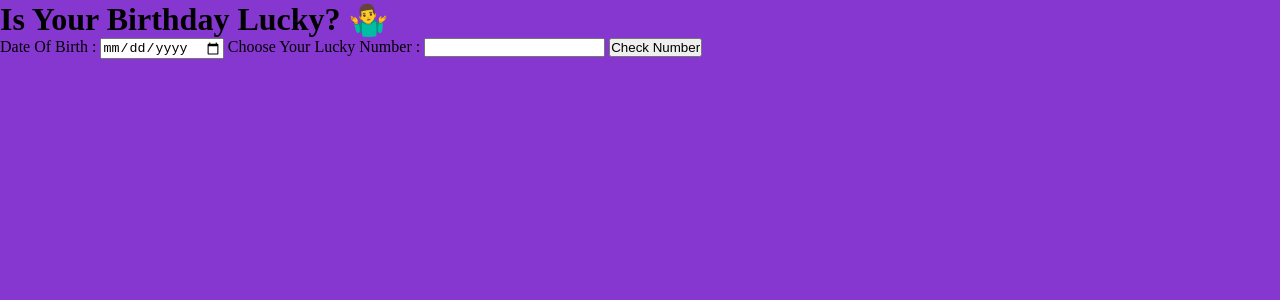
Repository: patelamancode/Lucky-Birthday-App
Page: index.html
The author's editor kept a copy of each file at every save. The page is drawn from the files as they stood at one save, then again after the next save.
The browser window is 1280 px wide. The pictures show the whole page.

Above is the page before, as saved 2022-11-21 16:39:30.

### index.html
<!DOCTYPE html>
<html lang="en">
<head>
    <meta charset="UTF-8">
    <meta http-equiv="X-UA-Compatible" content="IE=edge">
    <meta name="viewport" content="width=device-width, initial-scale=1.0">
    <link rel="stylesheet" href="index.css">
    <title>Is your birthday lucky</title>
</head>
<body>
    <div id="main-container">
        <h1 class="app-title">Is Your Birthday Lucky? 🤷‍♂️</h1>
        <label for="date-of-birth" class="dob">Date Of Birth :</label>
        <input type="date" class="selected-dob">
        <label for="lucky-number" class="favourite-number">Choose Your Lucky Number :</label>
        <input type="number" class="user-number">
        <button id="check-btn">Check Number</button>
    </div>

</body>
</html>

### index.css
*{
    margin: 0;
    padding: 0;
}
 body{
    background-color: rgb(134, 55, 207);
 }

After the next save:
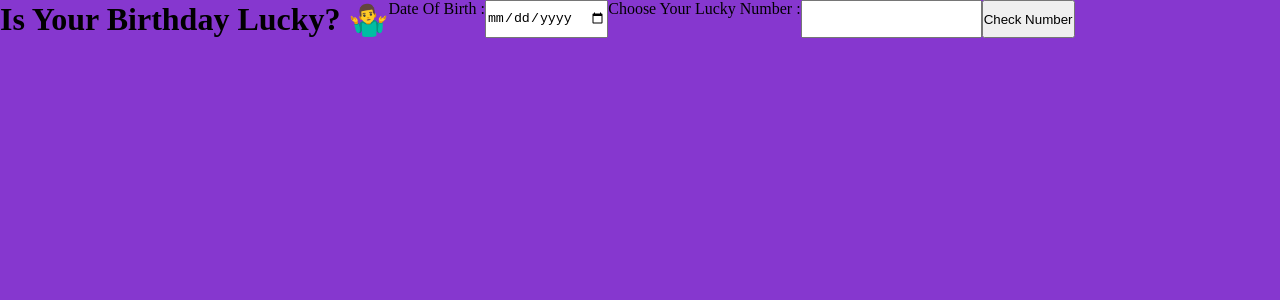
Saved 46 s later.
--- a/index.css
+++ b/index.css
@@ -5,3 +5,7 @@
  body{
     background-color: rgb(134, 55, 207);
  }
+
+ #main-container{
+    display: flex;
+ }
